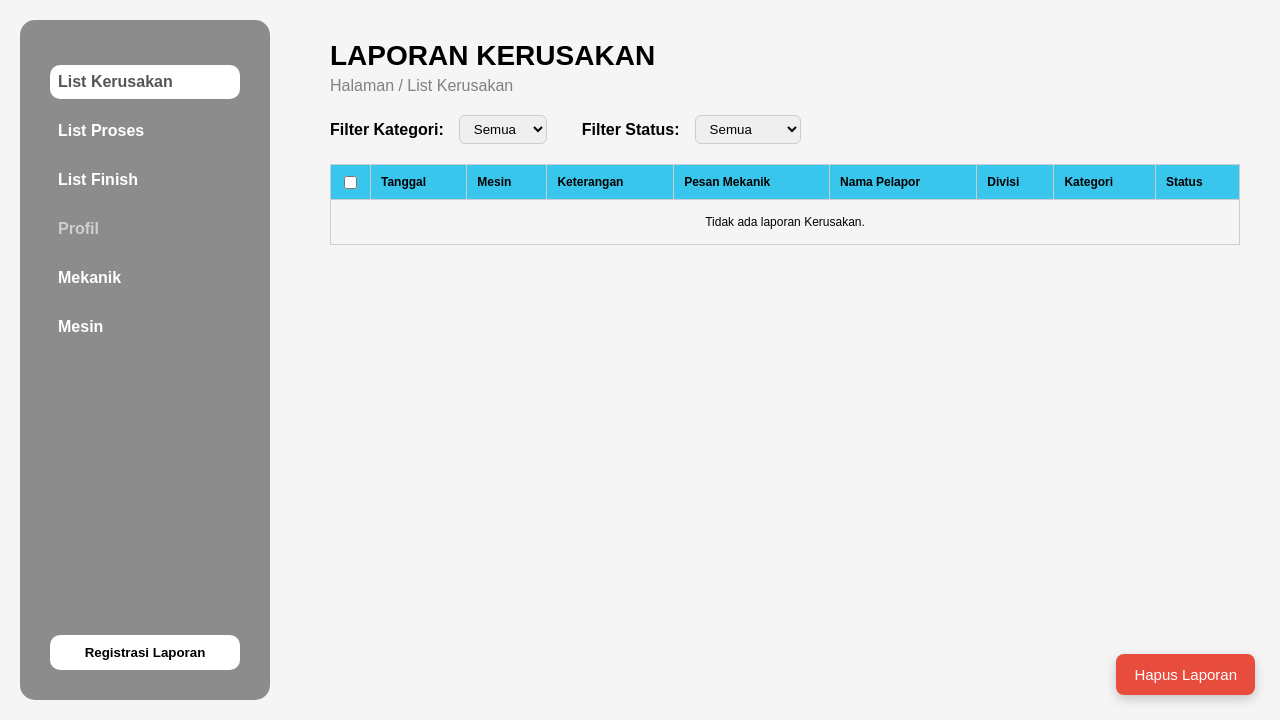
Repository: 1rHub/maintenance
Page: http://localhost/dashboard_laporan.php
These files come from the project's save history. The page is drawn as it stood at one moment and after the next save; the edit follows.
The browser window is 1280 px wide. The pictures show the whole page.
The page is run by PHP 8.4 with error messages shown; the project is at /var/www/html/. Queries for data that is not in the repository find no rows.

Above is the page before, as saved 2025-10-22 11:37:36.

After the next save:
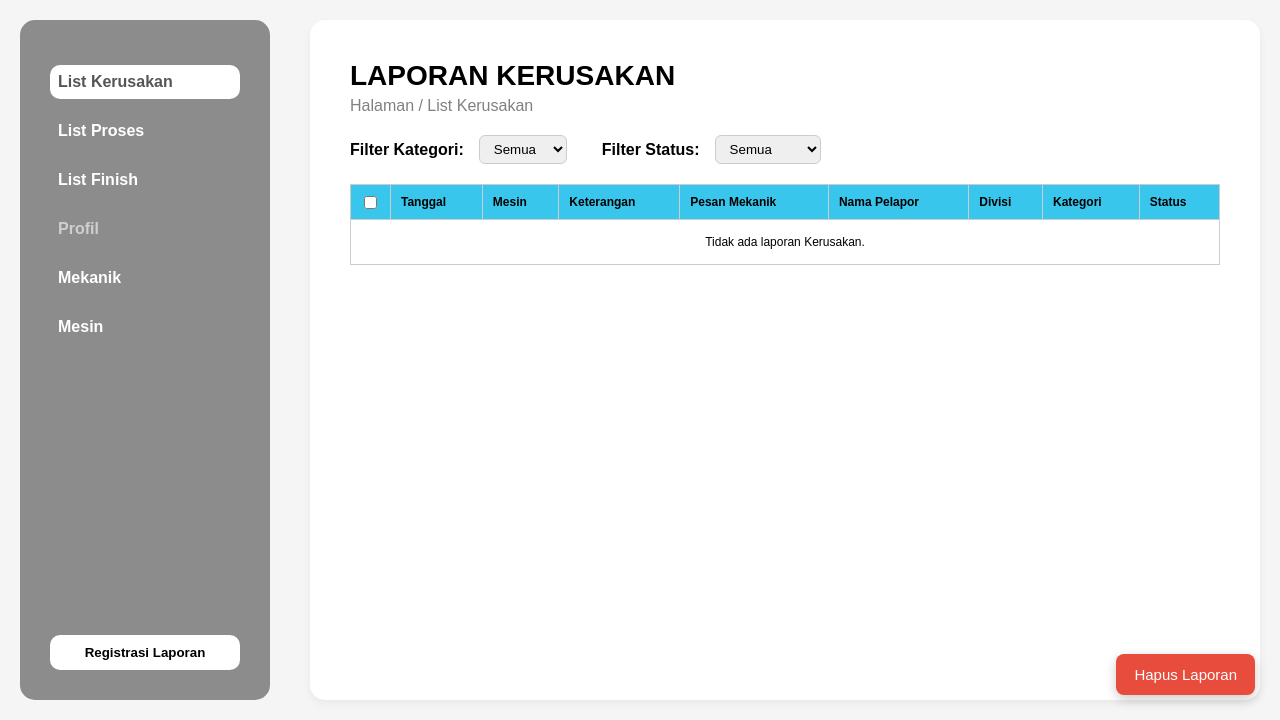
Saved 3 h 40 min later.
--- a/assets/css/style.css
+++ b/assets/css/style.css
@@ -62,6 +62,10 @@
 .main-content {
 	flex: 1;
 	padding: 40px;
+	background: #fff; /* putih */
+	border-radius: 15px;
+	margin: 20px;
+	box-shadow: 0 4px 10px rgba(0, 0, 0, 0.05);
 }
 
 .main-content h1 {
